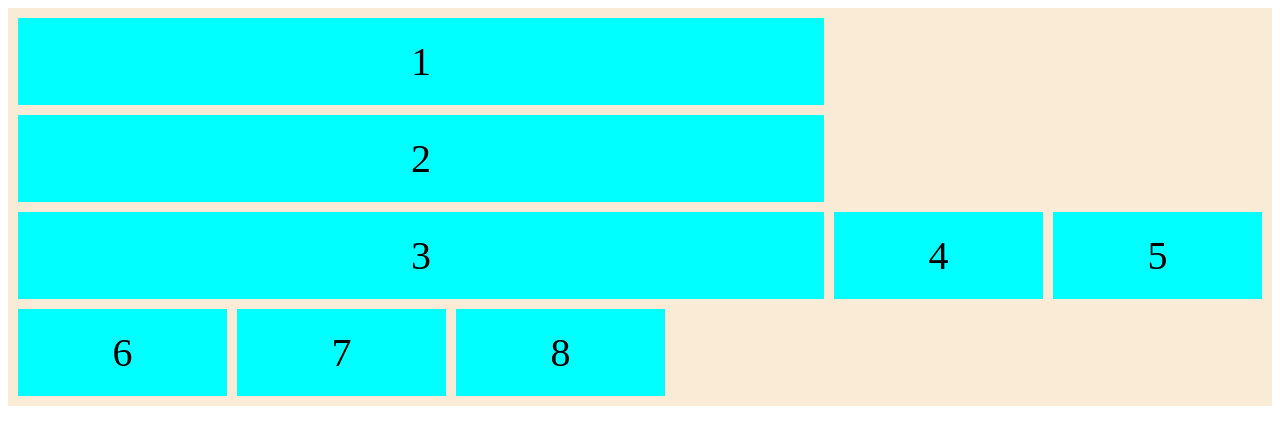
Repository: Thonghehe/Lab1_WEB106
Page: index11.html
The author's editor kept a copy of each file at every save. The page is drawn from the files as they stood at one save, then again after a run of saves.
The browser window is 1280 px wide. The pictures show the whole page.

Above is the page before, as saved 2024-03-05 18:06:06.

### index11.html
<!DOCTYPE html>
<html lang="en">

<head>
    <meta charset="UTF-8">
    <meta name="viewport" content="width=device-width, initial-scale=1.0">
    <title>Document</title>
    <link rel="stylesheet" href="./style.css">
</head>

<body>
    <div class="grid-container">
        <div class="item1">1</div>
        <div class="item2">2</div>
        <div class="item3">3</div>
        <div class="item4">4</div>
        <div class="item5">5</div>
        <div class="item6">6</div>
        <div class="item7">7</div>
        <div class="item8">8</div>
    </div>
</body>

</html>

### style.css
.grid-container {
    display: grid;
    grid-template-columns: auto auto auto auto auto auto;
    grid-row: auto auto auto;
    gap: 10px;
    background-color: antiquewhite;
    padding: 10px;
}

.grid-container>div {
    background-color: aqua;
    text-align: center;
    padding: 20px;
    font-size: 40px;
}

.item1,
.item2,

.item3 {
    grid-column: 1/5;
}

After the next 2 saves:
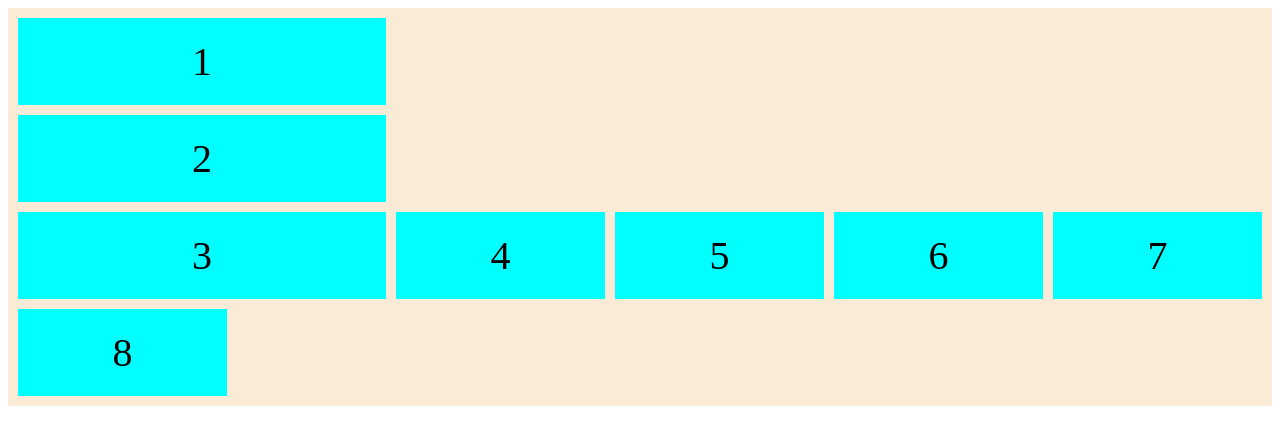
The 2 saves are shown as one change because they came seconds apart.
The last was saved 11 s later.
--- a/style.css
+++ b/style.css
@@ -18,5 +18,5 @@
 .item2,
 
 .item3 {
-    grid-column: 1/5;
+    grid-column: 1/3;
 }
